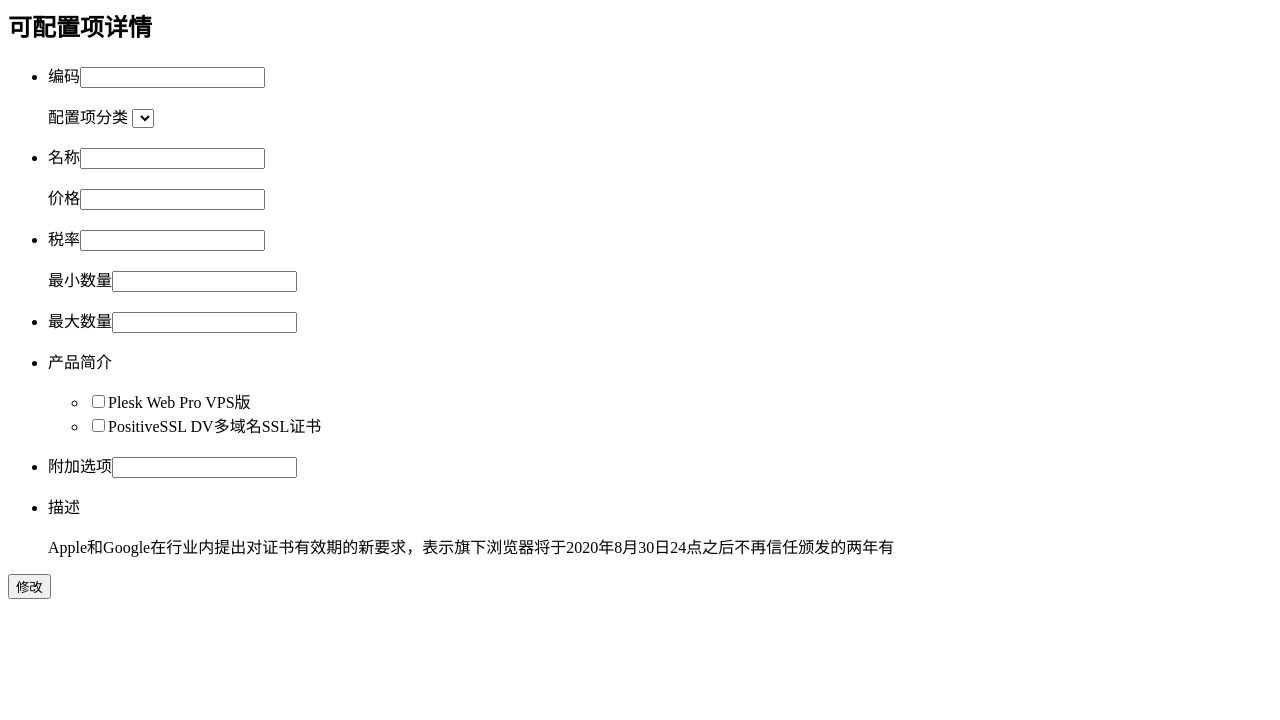
Repository: wangyan466393/racentSystem
Page: configurableDetail.html
These files come from the project's save history. The page is drawn as it stood at one moment and after the next save; the edit follows.
The browser window is 1280 px wide. The pictures show the whole page.

Above is the page before, as saved 2020-08-12 15:03:04.

### configurableDetail.html
<div id="content_box">
    <h2>可配置项详情</h2>
<div class="config_box">
    <div class="config_content">
        <ul>
            <li>

                <p>
                    <span>编码</span><input type="text" class="config_inp">
                </p>
                <p>
                    <span>配置项分类</span>
                    <select name="" id="" class="config_inp">
                        <option value=""></option>
                    </select>
                </p>
            </li>
            <li>

                <p>
                    <span>名称</span><input type="text" class="config_inp">
                </p>
                <p>
                    <span>价格</span><input type="number" class="config_inp">
                </p>
            </li>
            <li>

                <p>
                    <span>税率</span><input type="number" class="config_inp">
                </p>
                <p>
                    <span>最小数量</span><input type="number" class="config_inp">
                </p>
            </li>
            <li>

                <p>
                    <span>最大数量</span><input type="number" class="config_inp">
                </p>
            </li>
            <li>
               <p> <span>产品简介</span></p>
                <ul class="intro">
                    <li>
                        <input type="checkbox"><label for="">Plesk Web Pro VPS版</label>
                    </li>
                    <li>
                        <input type="checkbox"><label for="">PositiveSSL DV多域名SSL证书</label>
                    </li>
                </ul>
            </li>
            <li>
                <p>
                    <span>附加选项</span><input type="text" class="config_inp">
                </p>

            </li>
            <li>
               <p> <span>描述</span></p>
                <div class="e_content" style="width: 100%;">
                    <p>
                        Apple和Google在行业内提出对证书有效期的新要求，表示旗下浏览器将于2020年8月30日24点之后不再信任颁发的两年有
                    </p>
                </div>
            </li>

        </ul>
    </div>
</div>
</div>
<div class="email_back_btn">
    <button type="button">修改</button>
</div>

After the next save:
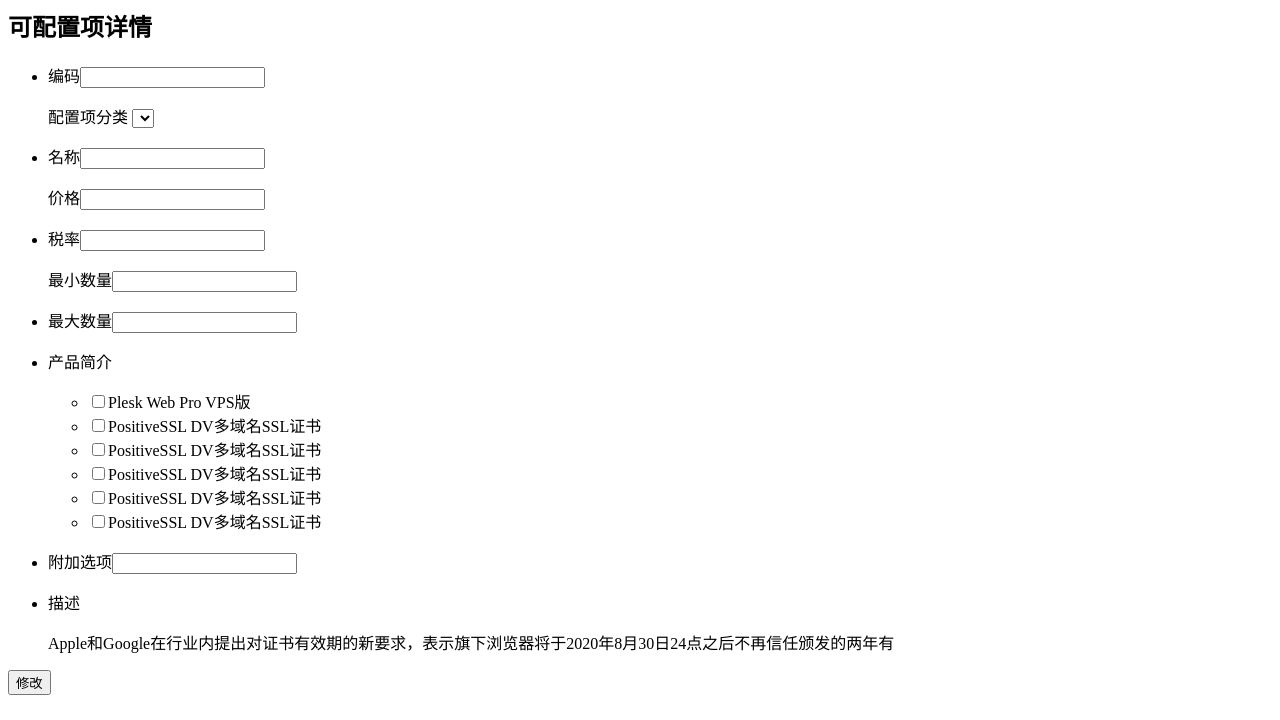
Saved 31 s later.
--- a/configurableDetail.html
+++ b/configurableDetail.html
@@ -48,6 +48,18 @@
                     <li>
                         <input type="checkbox"><label for="">PositiveSSL DV多域名SSL证书</label>
                     </li>
+                    <li>
+                        <input type="checkbox"><label for="">PositiveSSL DV多域名SSL证书</label>
+                    </li>
+                    <li>
+                        <input type="checkbox"><label for="">PositiveSSL DV多域名SSL证书</label>
+                    </li>
+                    <li>
+                        <input type="checkbox"><label for="">PositiveSSL DV多域名SSL证书</label>
+                    </li>
+                    <li>
+                        <input type="checkbox"><label for="">PositiveSSL DV多域名SSL证书</label>
+                    </li>
                 </ul>
             </li>
             <li>
